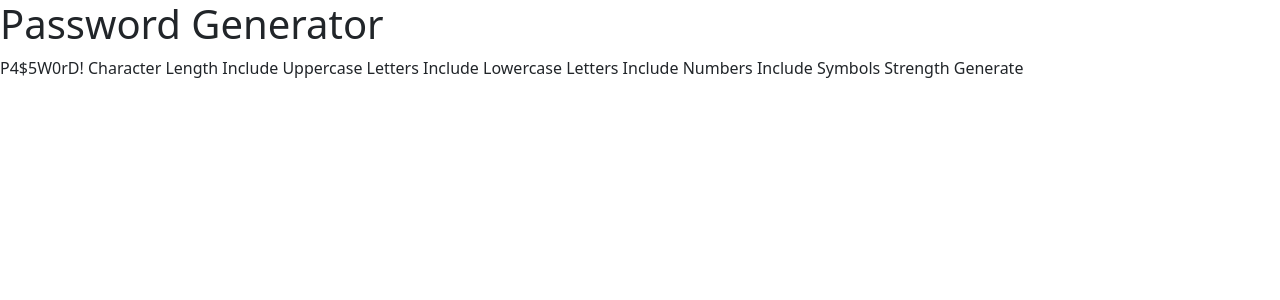
Repository: blordeus/password-generator-app
Page: starter-code/index.html
The author's editor kept a copy of each file at every save. The page is drawn from the files as they stood at one save, then again after the next save.
The browser window is 1280 px wide. The pictures show the whole page.

Above is the page before, as saved 2023-10-05 15:51:09.

After the next save:
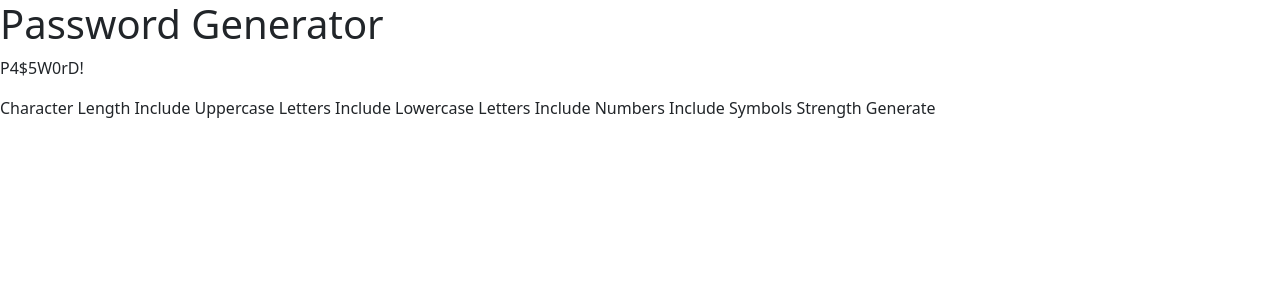
Saved 9 s later.
--- a/starter-code/index.html
+++ b/starter-code/index.html
@@ -14,7 +14,7 @@
 
     <h1>Password Generator</h1>
 
-    P4$5W0rD!
+    <p>P4$5W0rD!</p>
 
     Character Length
 
